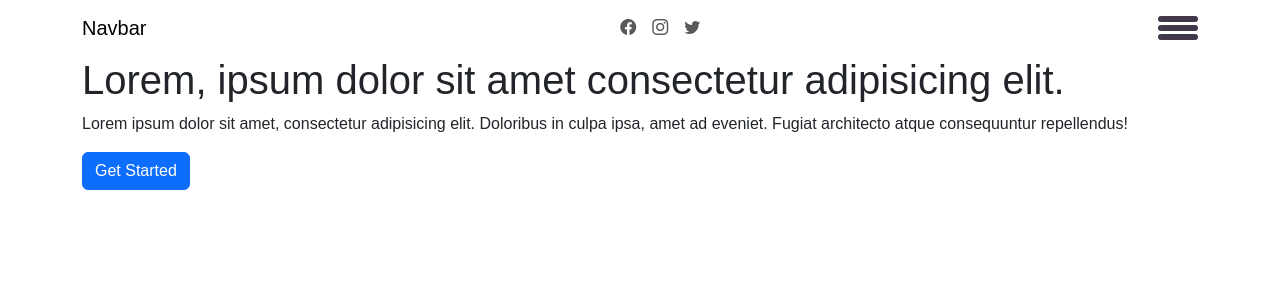
Repository: tagnam/project27012025
Page: index.html
An editor plug-in stored every save of this project. The page is shown before and after the next save, followed by the edit.
The browser window is 1280 px wide. The pictures show the whole page.

Above is the page before, as saved 2025-01-27 13:53:36.

After the next save:
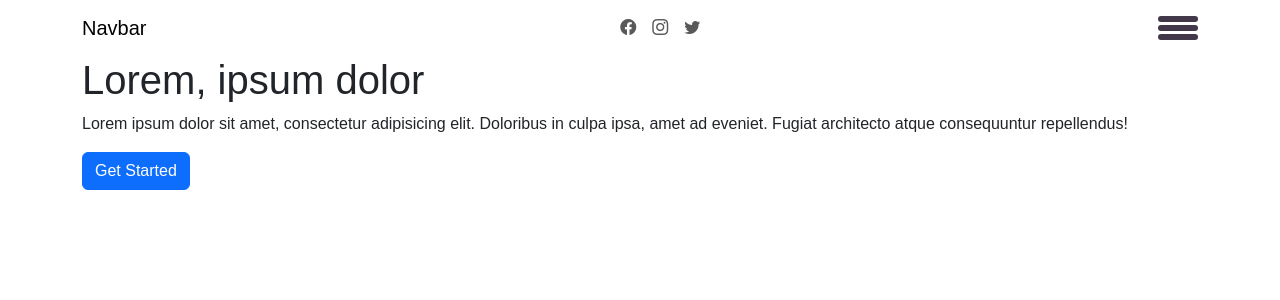
Saved 12 s later.
--- a/index.html
+++ b/index.html
@@ -46,7 +46,7 @@
         <div class="row">
             <div class="col-lg-12">
                 <div class="banner-content ">
-                    <h1>Lorem, ipsum dolor sit amet consectetur adipisicing elit.</h1>
+                    <h1>Lorem, ipsum dolor </h1>
                     <p>Lorem ipsum dolor sit amet, consectetur adipisicing elit. Doloribus in culpa ipsa, amet ad eveniet. Fugiat architecto atque consequuntur repellendus!</p>
                     <button class="btn btn-primary">Get Started</button>
                 </div>
